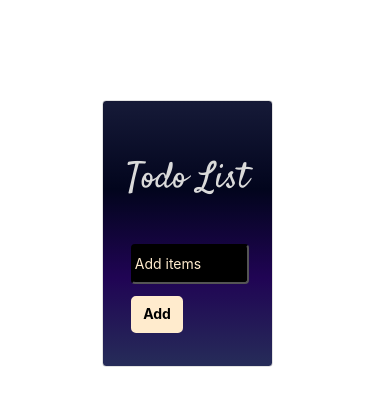
Repository: arpana23/Todo-list
Page: /
These files come from the project's save history. The page is drawn as it stood at one moment and after the next save; the edit follows.
The browser window is 375 px wide. The pictures show the whole page.
Some web libraries are served in a nearby version. The project was rebuilt for these pictures with package versions that can differ from the ones it lists, and the page was loaded fresh each time. Also part of the build but not shown: src/Todolist.js.

Above is the page before, as saved 2021-04-17 17:19:46.

After the next save:
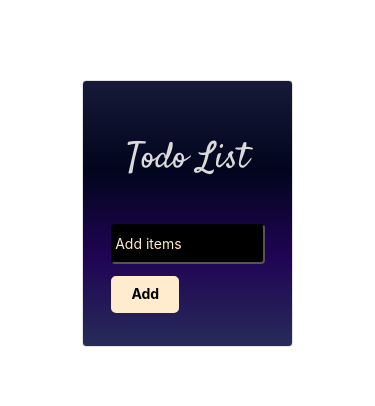
Saved 17 s later.
--- a/src/App.css
+++ b/src/App.css
@@ -121,10 +121,7 @@
 @media screen and (max-width: 480px) {
 
   .flex-container {
-    display: flex;
-    flex-direction: column;
-    align-items: center;
-    margin: 100px;
+    margin: 80px;
   }
 
   .well {
